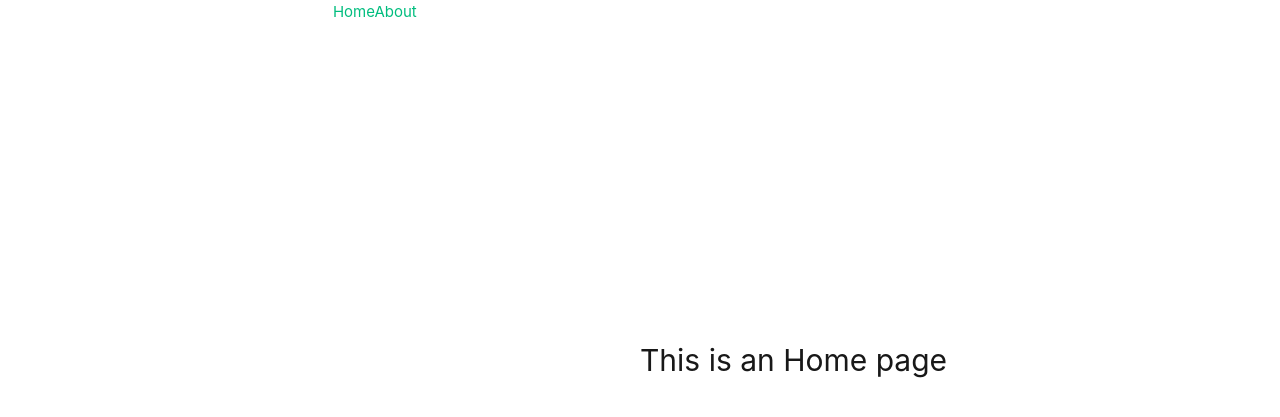
Repository: loktioncode/vectra-shop
Page: /
An editor plug-in stored every save of this project. The page is shown before and after the next save, followed by the edit.
The browser window is 1280 px wide. The pictures show the whole page.
The project was rebuilt for these pictures with package versions that can differ from the ones it lists, and the page was loaded fresh each time. Also part of the build but not shown: vite.config.ts.

Above is the page before, as saved 2023-09-20 12:32:12.

After the next save:
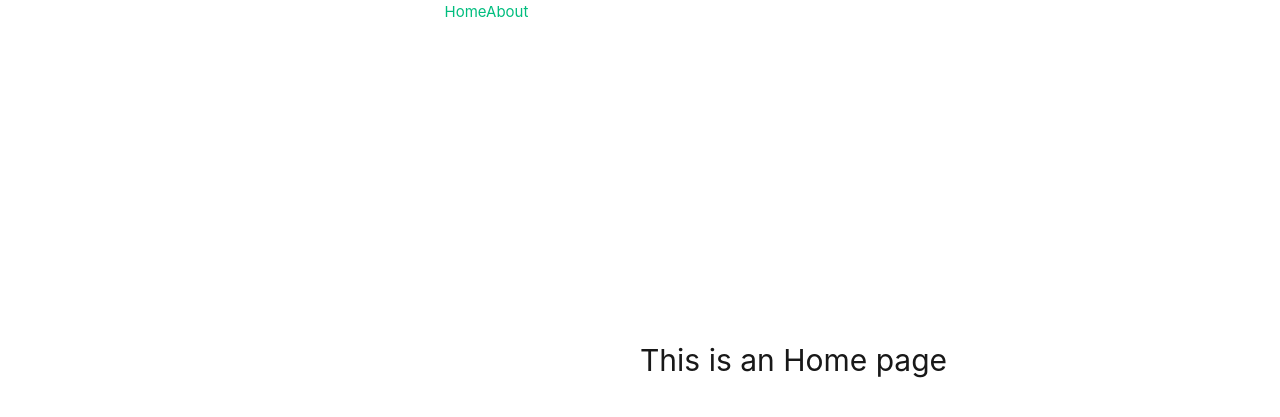
Saved 21 s later.
--- a/src/App.vue
+++ b/src/App.vue
@@ -16,4 +16,8 @@ import HelloWorld from './components/HelloWorld.vue'
   <RouterView />
 </template>
 
-<style scoped></style>
+<style scoped>
+.app {
+  text-align: center;
+}
+</style>
